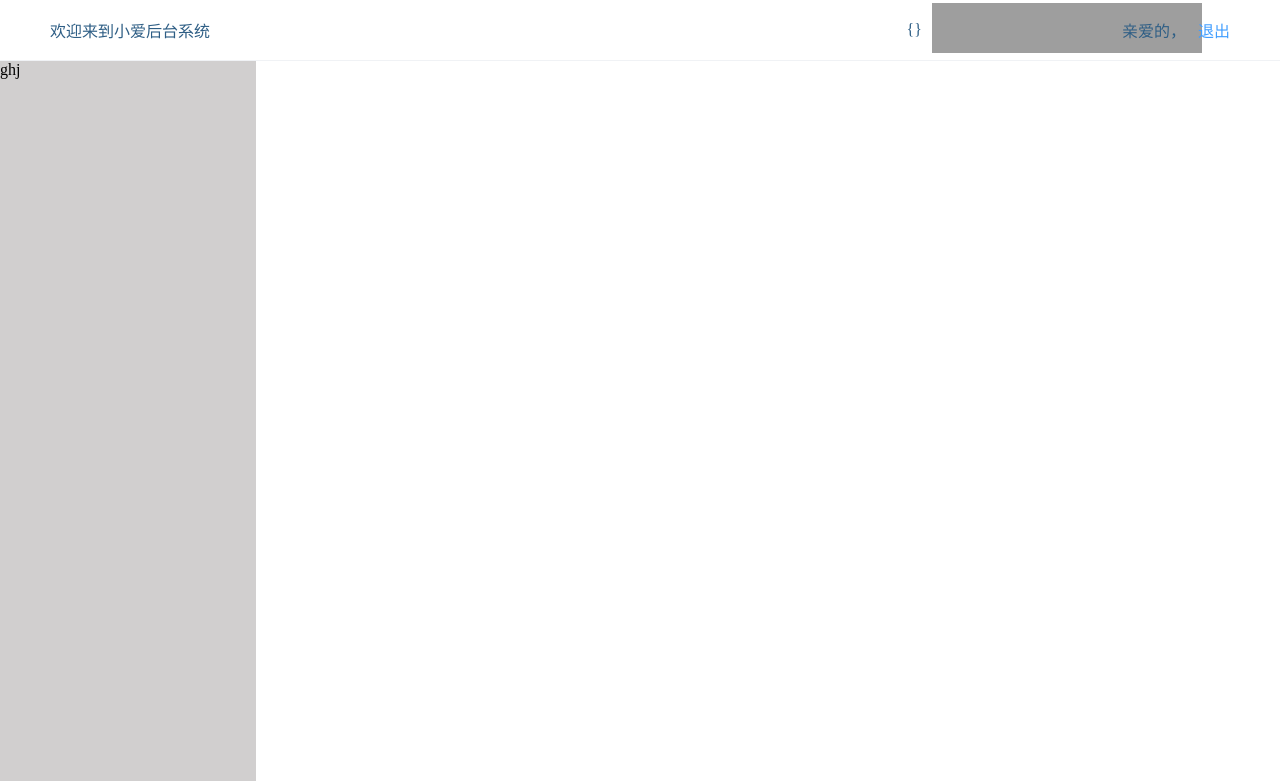
Repository: ZHANG-0714/backstage
Page: /
An editor plug-in stored every save of this project. The page is shown before and after the next save, followed by the edit.
The browser window is 1280 px wide. The pictures show the whole page.
Pictures or frames that could not be fetched are drawn as grey boxes. The project was rebuilt for these pictures with package versions that can differ from the ones it lists, and the page was loaded fresh each time. Also part of the build but not shown: vue.config.js, src/views/Home.vue.

Above is the page before, as saved 2020-08-31 18:06:42.

### public/index.html
<!DOCTYPE html>
<html lang="en">

<head>
  <meta charset="utf-8">
  <meta http-equiv="X-UA-Compatible" content="IE=edge">
  <meta name="viewport" content="width=device-width,initial-scale=1.0">
  <link rel="icon" href="<%= BASE_URL %>favicon.ico">
  <title><%= htmlWebpackPlugin.options.title %></title>
</head>

<body>
  <noscript>
    <strong>We're sorry but <%= htmlWebpackPlugin.options.title %> doesn't work properly without JavaScript enabled.
      Please enable it to continue.</strong>
  </noscript>
  <div id="app"></div>
  <!-- built files will be auto injected -->

  <!--[if lte IE 9]>
    <div style='position:absolute; top: 50%; left:50%; margin-top: -50px;margin-left: -400px; align-items: center;justify-content: center;'>
      <div style='width: 800px; height: 100px;text-align: center'>
        <h1>
        您的浏览器版本过低 请下载最新的谷歌浏览器
      </h1>
      <div style='text-align: center;width: 800px'>
        <a href='http://rj.baidu.com/soft/detail/14744.html?ald'>下载谷歌浏览器点此链接</a>
      </div>
      </div>
    </div>
  <![endif]-->
</body>

</html>

### src/App.vue
<template>
  <div id="app">
    <router-view />
  </div>
</template>

<style lang="scss">
@import "../style/Css";
@import '../style/Situation'
</style>

### src/router/index.js
import Vue from 'vue'
import VueRouter from 'vue-router'
import Home from '../views/Home.vue'
import Public from '../views/Public.vue'

Vue.use(VueRouter)

const routes = [
  {
    path: '/home',
    redirect: '/'
  },
  {
    path: '/',
    component: Public,
    children: [
      {
        path: '',
        name: 'Home',
        component: Home,  //首页
        meta: {
          title: "首页"
        }
      },
    ]
  }
]

const router = new VueRouter({
  mode: 'history',
  base: process.env.BASE_URL,
  routes
})

export default router

### src/store/index.js
import Vue from 'vue'
import Vuex from 'vuex'
import user from './user/user'

Vue.use(Vuex)

export default new Vuex.Store({
  state: {
  },
  mutations: {
  },
  actions: {
  },
  modules: {
    user
  }
})

### style/Css.css
* {
	margin: 0;
	padding: 0;
}

.flex {
	display: flex;
}

.justify-content {
	justify-content: center;
}

.align-items {
	align-items: center;
}

.space-around {
	justify-content: space-around;
}

.space-between {
	justify-content: space-between;
}

.flex-direction {
	flex-direction: column;
}

.flex-end {
	align-items: flex-end;
}

.text-overflow {
	overflow: hidden;
	text-overflow: ellipsis;
	display: -webkit-box;
	-webkit-line-clamp: 1;
	-webkit-box-orient: vertical;
}

.opacity {
	opacity: 0.9;
}

.filter {
	filter: blur(30px);
	z-index: -1;
}

.flex-wrap {
	flex-wrap: wrap;
}

.position {
	position: fixed;
}

### style/Situation.scss
.el-card--header--img--doos {
    .el-card__header {
        border-bottom: 1px solid #535353;
    }

    .el-form-item__label {
        padding: 0;
    }
}

### src/views/Public.vue
<template>
  <!-- 公共 -->
  <div>
    <headTop></headTop>
    <sidebar></sidebar>
  </div>
</template>

<script>
import headTop from "../components/public/headTop"; //头部组件
import sidebar from "../components/public/Sidebar"; //侧边栏
export default {
  name: "",
  props: {},
  components: {
    headTop,
    sidebar,
  },
  data() {
    return {};
  },
  methods: {},
  mounted() {},
  watch: {},
  computed: {},
};
</script>

<style scoped lang='scss'>
</style>

### src/store/user/user.js
import api from '../../http/api'
import router from '../../router'
import { Message } from 'element-ui'

export default {
    // 开启命名空间 这个文件就是单独的一个vuex的模块
    namespaced: true,
    state: {
        menus: []
    },
    mutations: {
        seMenus(state, data) {
            state.menus = data
        }
    },
    actions: {
        //所有的请求都写在actions里面
        // actions 里面的方法可以传两个参数，第一个参数是整个store(vuex对象) 第二个参数是请求的参数
        async getMenus({ commit }) {
            let res = await api.getMenus()
            if (res.meta.status === 200) {
                // 提交mutation
                commit('setMenus', res.data)
            }
        },
        //登录
        async login({ commit }, { username, password }) {
            let res = await api.login({
                username,
                password
            })
            console.log(commit);
            console.log(res);
            if (res.meta.status === 200) {
                // 存储信息
                localStorage.setItem('adminToken', res.data.toke)
                localStorage.setItem('adminUser', JSON.stringify(res.data))
                // 跳转路由
                router.push('/')
                // 提示用户
                Message.success('登录成功')
            }
        }
    },
}

### src/components/public/headTop.vue
<template>
  <!-- 头部组件 -->
  <div class="top flex align-items space-between">
    <div class="name">欢迎来到小爱后台系统</div>
    <!-- 时间 -->
    <div class="flex align-items">
      <div class="time">{{time}}</div>
      <div class="time">{{hi}}{{date}}</div>
      <!-- 天气 -->
      <div class="iframes">
        <iframe
          class="m-l1"
          scrolling="no"
          src="https://tianqiapi.com/api.php?style=ty&skin=pitaya"
          frameborder="0"
          width="50"
          height="50"
          allowtransparency="true"
        ></iframe>
      </div>
      <!-- 用户 -->
      <div>亲爱的，{{user.username}}</div>
      <!-- 退出 -->
      <div class="quit">退出</div>
    </div>
  </div>
</template>

<script>
import dayjs from "dayjs";
export default {
  name: "",
  props: {},
  components: {},
  data() {
    return {
      time: "", //获取当前登录时间
      date: "",
      hi: {},
      user: {},
    };
  },
  methods: {},
  mounted() {
    //  获取当前登录时间
    this.time = dayjs().format("YYYY/MM/DD");

    let _this = this; // 声明一个变量指向Vue实例this，保证作用域一致
    this.timer = setInterval(() => {
      _this.date = dayjs().format("hh:mm:ss"); // 修改数据date
    }, 1000);

    //   判断时间段
    let hi = dayjs().format("HH");
    if (hi > 6 && hi <= 13) {
      this.hi = "早上";
    } else if (hi > 11 && hi <= 13) {
      this.hi = "中午";
    } else if (hi > 13 && hi <= 18) {
      this.hi = "下午";
    } else if (hi > 18 && hi <= 23) {
      this.hi = "晚上";
    } else {
      this.hi = "该睡觉了";
    }

    //登录获取的对象
    this.user = JSON.parse(localStorage.getItem("adminUser"));
    // console.log(this.user);
  },
  watch: {},
  computed: {},
};
</script>

<style scoped lang='scss'>
.top {
  height: 60px;
  padding: 0 50px;
  border-bottom: 1px solid #f0f2f5;
  color: #2e5e85;
}
.time {
  margin-right: 10px;
}
.iframes {
  width: 190px;
}
iframe {
  width: 270px;
  font-size: 30px;
}
.quit {
  color: #409eff;
  margin-left: 12px;
  &:hover {
    cursor: pointer;
  }
}
.weather-icon {
  width: 40px;
  height: 40px;
}
</style>

### src/components/public/Sidebar.vue
<template>
  <!-- 侧边栏 -->
  <div class="side">ghj</div>
</template>

<script>
export default {
  name: "",
  props: {},
  components: {},
  data() {
    return {};
  },
  methods: {},
  mounted() {},
  watch: {},
  computed: {},
};
</script>

<style scoped lang='scss'>
.side {
  width: 20vw;
  height: 100vh;
  background: rgb(209, 207, 207);
}
</style>

### src/http/api.js
import service from './index'

export default {
    login({ username, password }) {
        return service.post('/login', {
            username,
            password
        })
    }
}

### src/http/index.js
import axios from 'axios'
import nprogress from 'nprogress'
import { Message } from 'element-ui'

//运行环境：本地环境:devlpment 和线上（生产）环境：production
const ispro = process.env.NODE_ENV === 'production'

//创建一个axios的实例
const service = axios.create({
    //基础路径:需要根据当前的运行环境来判断
    baseURL: ispro ? '线上接口路径' : '/api',
    //超时时间
    timeout: 100000
})

// 请求拦截：每一次发请求都会做的事
service.interceptors.request.use((config) => {
    nprogress.start()
    //前后端鉴权
    //jwt：JSON WEB TOKEN
    //登录成功后 后端会返回一个令牌
    let token = localStorage.getItem('abminToken')
    if (token) {
        config.headers['Authorization'] = token
    }
    return config
}, err => {
    nprogress.done()
    return Promise.reject(err)
})

//响应拦截：每一次接口返回数据的时候都会做的事
service.interceptors.response.use((res) => {
    nprogress.done()
    return res.data
}, err => {
    if (err.response && err.response.status) {
        // 错误请求的状态码
        let status = err.response.status
        if (status === 400) {
            Message.error('参数错误')
        }
        if (status === 401) {
            Message.error('登录过期，请重新登录')
        }
        if (status === 403) {
            Message.error('没有权限')
        }
        if (status === 404) {
            Message.error('接口路径错误')
        }
        if (status === 500) {
            Message.error('服务器出错')
        }
        if (status === 503) {
            Message.error('服务器在维护')
        }
    }
    return Promise.reject(err)
}
)

export default service

Loaded but not shown: src/main.js (common file)

After the next save:
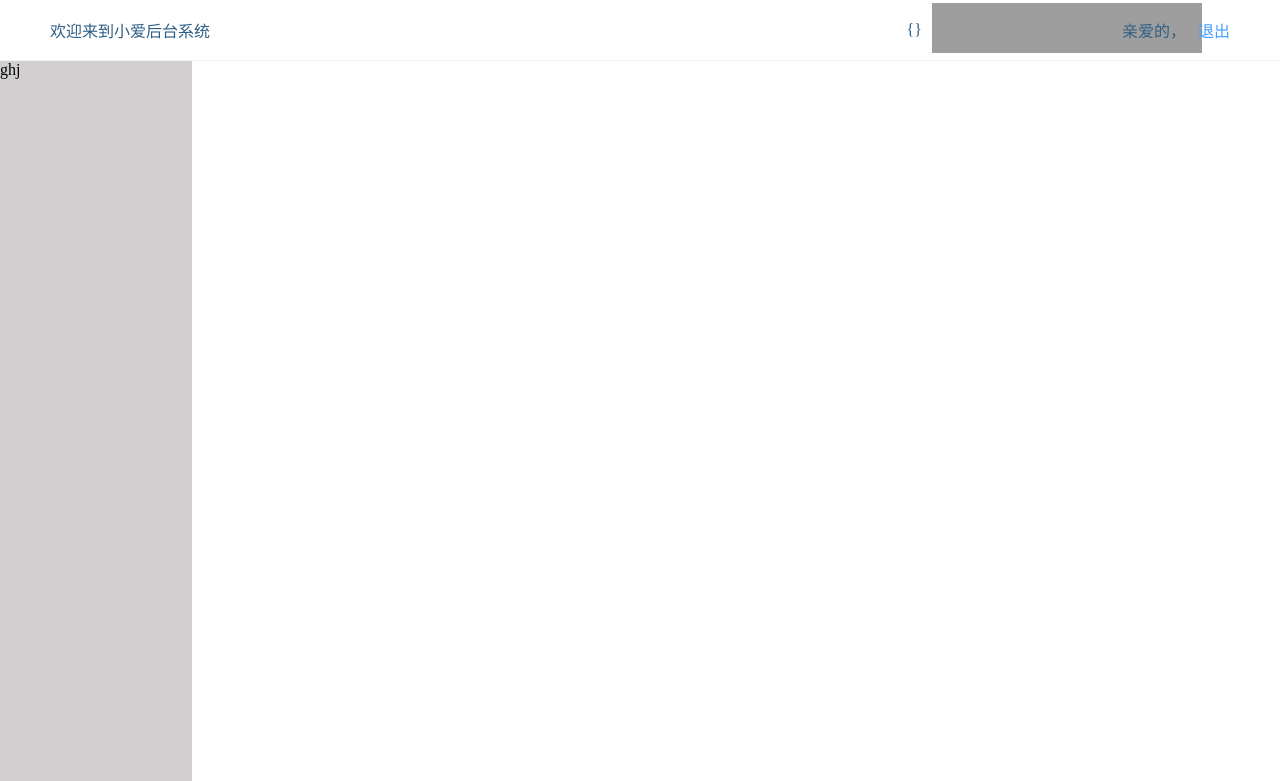
Saved 8 s later.
--- a/src/components/public/Sidebar.vue
+++ b/src/components/public/Sidebar.vue
@@ -20,7 +20,7 @@ export default {
 
 <style scoped lang='scss'>
 .side {
-  width: 20vw;
+  width: 15vw;
   height: 100vh;
   background: rgb(209, 207, 207);
 }
